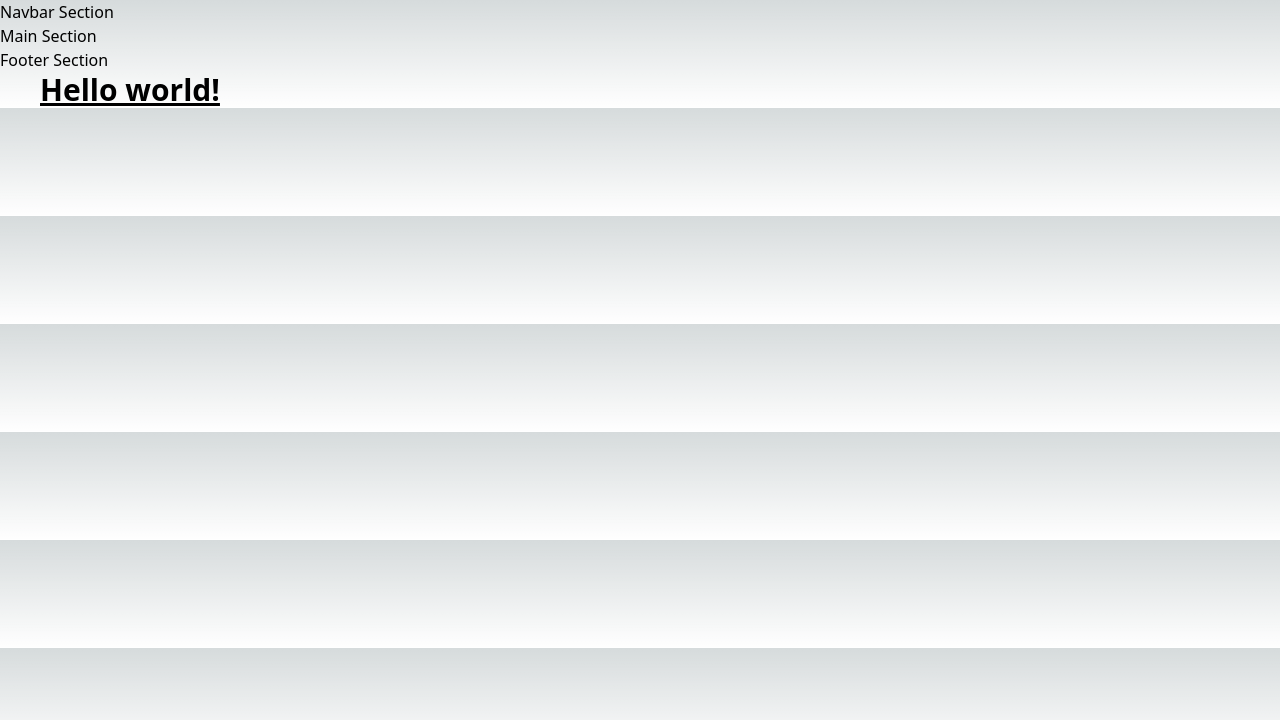
Repository: Radiant690/majorproject
Page: /
The author's editor kept a copy of each file at every save. The page is drawn from the files as they stood at one save, then again after the next save.
The browser window is 1280 px wide. The pictures show the whole page.
The project was rebuilt for these pictures with package versions that can differ from the ones it lists, and the page was loaded fresh each time. The framework's server and built-in components were replaced by stand-ins that run in the browser. Also part of the build but not shown: next.config.js.

Above is the page before, as saved 2023-04-08 03:30:39.

After the next save:
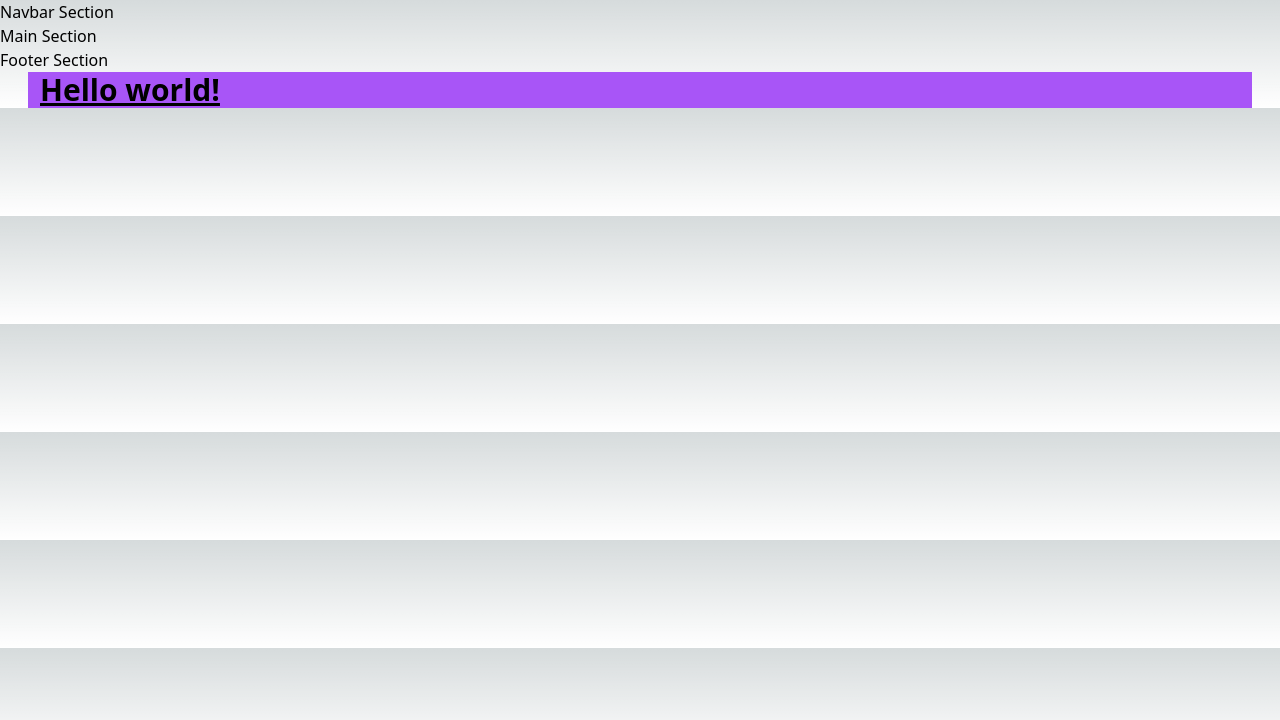
Saved 4 s later.
--- a/src/pages/index.tsx
+++ b/src/pages/index.tsx
@@ -7,7 +7,7 @@ export default function Home() {
       <h1>Navbar Section</h1>
       <h1>Main Section</h1>
       <h1>Footer Section</h1>
-      <h1 className="text-3xl underline mx-7 px-3 bg-purple- font-semibold">
+      <h1 className="text-3xl underline mx-7 px-3 bg-purple-500 font-semibold">
         Hello world!
       </h1>
     </>
